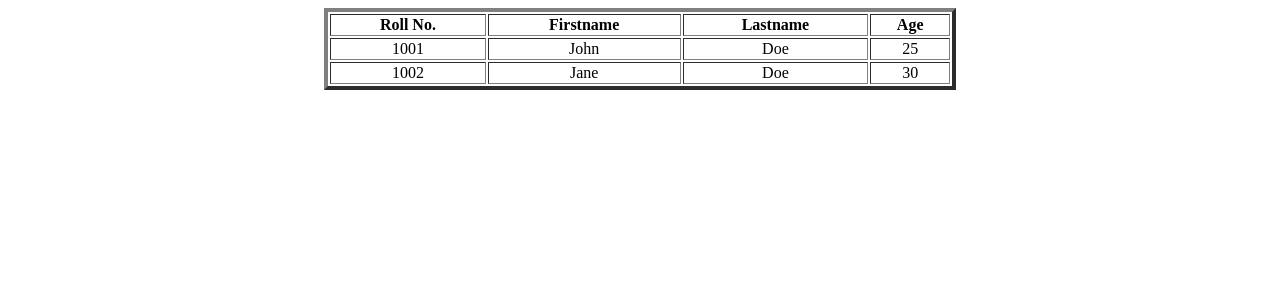
Repository: ankitgujre01/HTMLgeeks
Page: table.html
These files come from the project's save history. The page is drawn as it stood at one moment and after the next save; the edit follows.
The browser window is 1280 px wide. The pictures show the whole page.

Above is the page before, as saved 2025-09-03 23:21:42.

### table.html
<!DOCTYPE html>
<html>
    <head>
        <title>Table</title>
    </head>
    <body>
        <table border="4" align="center" width='50%'>
            <th>Roll No.</th>
            <th>Firstname</th>
            <th>Lastname</th>
            <th>Age</th>
            <tr align="center">
                <td>1001</td>
                <td>John</td>
                <td>Doe</td>
                <td>25</td>
            </tr>
            <tr align="center">
                <td>1002</td>
                <td>Jane</td>
                <td>Doe</td>
                <td>30</td>
            </tr>
        </table>
    </body>
</html>

After the next save:
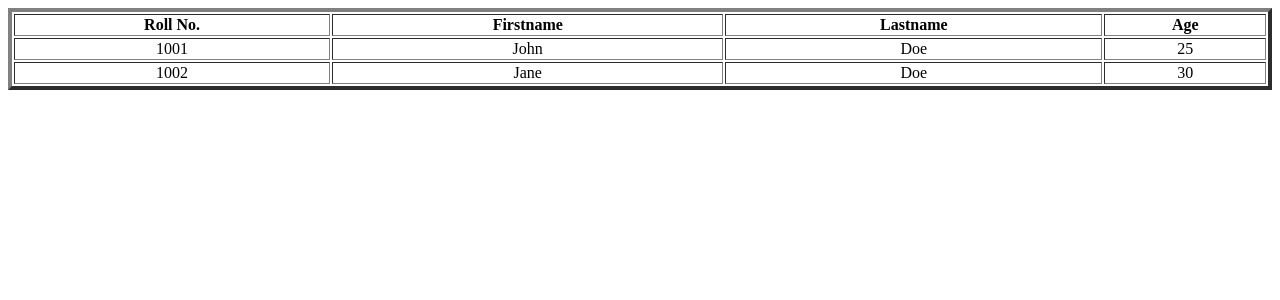
Saved 5 s later.
--- a/table.html
+++ b/table.html
@@ -4,7 +4,7 @@
         <title>Table</title>
     </head>
     <body>
-        <table border="4" align="center" width='50%'>
+        <table border="4" align="center" width='100%'>
             <th>Roll No.</th>
             <th>Firstname</th>
             <th>Lastname</th>
